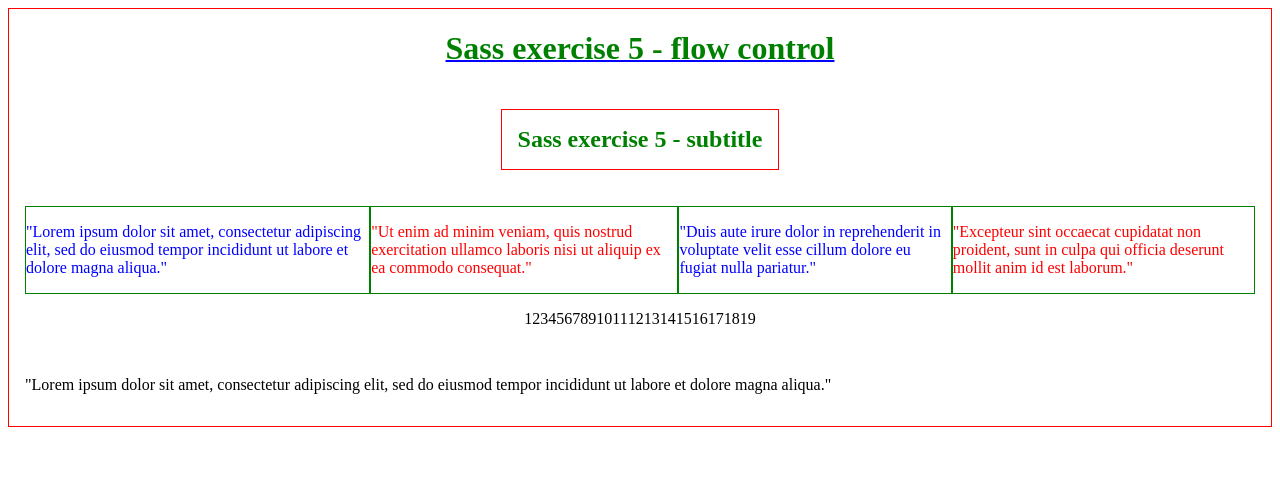
Repository: tr2cky/sass5
Page: index.html
An editor plug-in stored every save of this project. The page is shown before and after the next save, followed by the edit.
The browser window is 1280 px wide. The pictures show the whole page.
The style sheet was rebuilt from its Sass, Less or Tailwind sources for each picture, by a compiler version that may differ from the author's.

Above is the page before, as saved 2022-10-16 10:49:37.

After the next save:
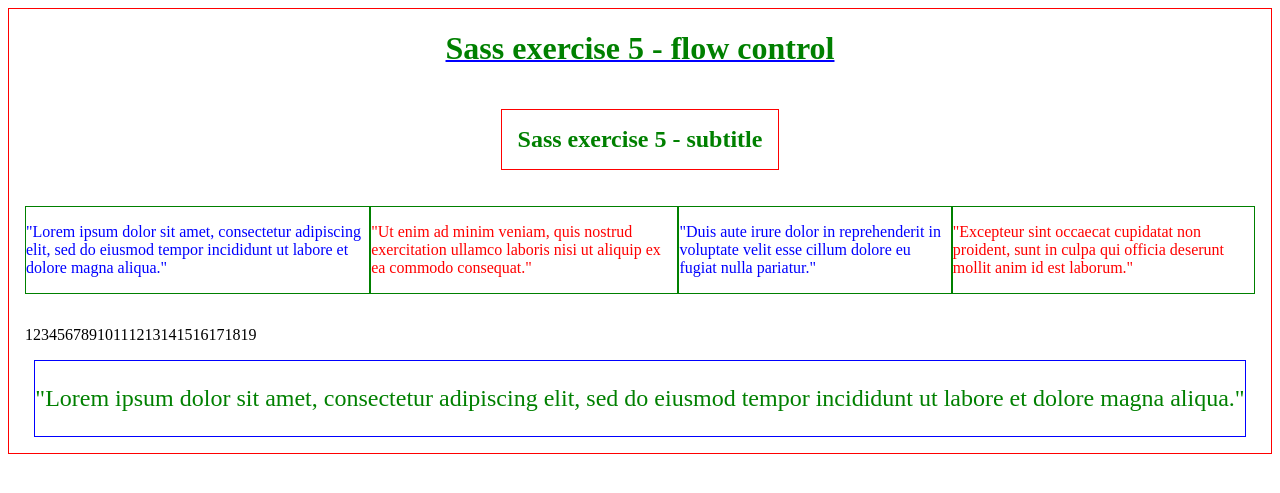
Saved 3 min 2 s later.
--- a/module2.scss
+++ b/module2.scss
@@ -17,7 +17,7 @@ section:nth-of-type(1) {
     @include article-card($color-primary);
 }
 }
-section:nth-of-type(2) {
+section:nth-of-type(3) {
     article {
         @include article-card($color-tertiary, $color-secondary, toRem(24));
     }
